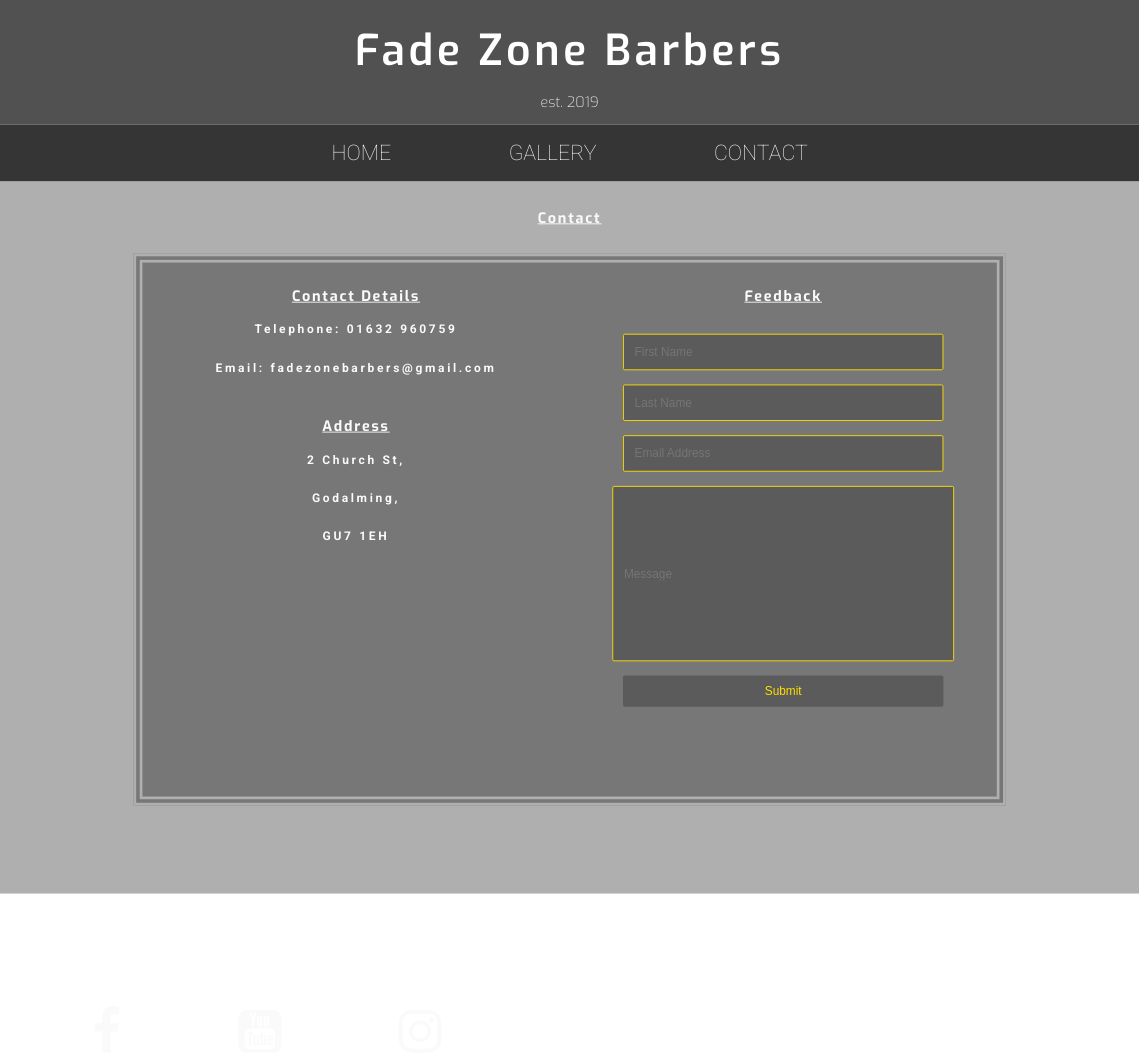
Repository: Boofy360/fade-zone-barbers
Page: contact.html
The author's editor kept a record of every edit. The page is drawn from the files as they stood at one moment, then again after the next edit.
The browser window is 1280 px wide. The pictures show the whole page, at 89% of full size.
The pointer rests on the first visible `input[type=submit]`.

Above is the page before.

### contact.html
<!DOCTYPE html>
<html lang="en">

<head>
    <meta charset="UTF-8">
    <meta name="viewport" content="width=device-width, initial-scale=1.0">
    <meta http-equiv="X-UA-Compatible" content="ie=edge">
    <link rel="stylesheet" href="assets/css/style.css" type="text/css" />
    <link rel="stylesheet" href="https://maxcdn.bootstrapcdn.com/font-awesome/4.7.0/css/font-awesome.min.css" type="text/css" />
    <link rel="stylesheet" href="https://cdnjs.cloudflare.com/ajax/libs/hover.css/2.3.1/css/hover-min.css" type="text/css" />
    <title>Document</title>
</head>

<body>
    <header>
        <div id="heading">
            <h1>Fade Zone Barbers</h1>
            <h2>est. 2019</h2>
            <!----------Figure out how to center---------->
        </div>
    </header>
    <nav>
        <ul id="navbar">
            <li>
                <a href="index.html">Home</a>
            </li>
            <li>
                <a href="gallery.html">Gallery</a>
            </li>
            <li>
                <a href="contact.html">Contact</a>
            </li>
        </ul>
    </nav>
    <section id="contact">
        <h2>Contact</h2>
        <div id="contact-overlay">
            <div id="left-contact">
                <h2>Contact Details</h2>
                <p>Telephone: 01632 960759</p>
                <p>Email: fadezonebarbers@gmail.com</p>
                <h2>Address</h2>
                <p>2 Church St,</p>
                <p>Godalming,</p>
                <p>GU7 1EH</p>
            </div>
            <div id="right-contact">
                <h2>Feedback</h2>
                <form action="" target="_self" method="post">
                    <input type="text" name="firstname" placeholder="First Name"/>
                    <input type="text" name="lastname" placeholder="Last Name"/>
                    <input type="text" name="email" placeholder="Email Address"/>
                    <input type="text" name="message" placeholder="Message"/>
                    <input type="submit" value="Submit"/>
                </form>
            </div>
        </div>
    </section>
    <footer>
        <h1>Social Media</h1>
        <ul id="social-networks">
            <li><a href="https://www.facebook.com" target="_blank"><i class="fa fa-facebook"></i></a></li>
            <li><a href="https://www.twitter.com" target="_blank"><i class="fa fa-youtube-square"></i></a></li>
            <li><a href="https://www.instagram.com" target="_blank"><i class="fa fa-instagram"></i></a></li>
        </ul>
    </footer>
</body>

</html>

### assets/css/style.css
@import url('https://fonts.googleapis.com/css?family=Roboto:100,200,300,400,500,600,700|Exo:100,200,300,400,500,600,700');

/*--------------------------------------------Special paddings/margins/text*/

body {
    margin: 0;
    padding: 0;
    border: 0;
}

a:link {
    text-decoration: none!important;
}

/*--------------------------------------------Header*/

header {
    background-color: rgba(8, 8, 8, 0.7);
    font-family: "Exo", sans-serif;
    line-height: 50px;
    text-align: center;
}

#heading h1 {
    font-size: 300%;
    letter-spacing: 4px;
    color: #fff;
    font-weight: 600;
    margin: 0;
    padding: 32px 0 8px;
}

#heading h2 {
    font-size: 100%;
    color: #fafafa;
    font-weight: 200;
    margin: 0;
}

/*--------------------------------------------Navbar*/

#navbar {
    background-color: rgba(32, 32, 32, 0.9);
    list-style-type: none;
    margin: auto;
    padding: 0;
    float: none;
    text-align: center
}

#navbar li {
    display: inline-block;
}

#navbar li a {
    font-family: "Roboto", sans-serif;
    color: #fafafa;
    font-size: 150%;
    font-weight: 100;
    text-transform: uppercase;
    padding: 0 64px;
    text-decoration: none;
    display: inline;
    line-height: 64px;
    transition: all 0.35s ease-in-out;
    -moz-transition: all 0.35s ease-in-out;
    -webkit-transition: all 0.35s ease-in-out;
    -o-transition: all 0.35s ease-in-out;
}

#navbar li a:hover {
    color: #ffdf00;
}


/*--------------------------------------------About Us*/

#hero-image {
    background-image: linear-gradient(rgba(0, 0, 0, 0.2), rgba(0, 0, 0, 0.2)), url("../images/tools-background.jpg");
    height: 100%;
    background-position: center;
    background-repeat: no-repeat;
    background-size: cover;
}


#hero-outer {
    height: 600px;
    width: 100%;
    overflow: hidden;
    position: relative;
    text-align: center
}

#cover-text h2 {
    letter-spacing: 2px;
    font-family: "Exo", sans-serif;
    text-decoration: underline;


}

#cover-text {
    background-color: rgba(32, 32, 32, 0.5);
    font-family: "Roboto", sans-serif;
    font-size: 1.5vh;
    text-align: center;
    color: #fafafa;
    line-height: 100%;
    width: 60%;
    height: 60%;
    border-radius: 5%;
    padding: 20px 20px;
    bottom: 20%;
    left: 10%;
    position: absolute;
    margin: 0 auto;
}

/*--------------------------------------------Prices*/

#prices {
    background-color: #afafaf;
    font-family: "Roboto", sans-serif;
    font-size: 1.5vh;
    text-align: center;
    color: #fafafa;
    width: 100%;
    height: 600px;
    position: relative;
}

#prices h2 {
    text-align: center;
    letter-spacing: 2px;
    font-family: "Exo", sans-serif;
    text-decoration: underline;
    padding: 30px 0;
    margin: 0;
}


#prices-list {
    background-color: rgba(64, 64, 64, 0.5);
    width: 80%;
    height: 65%;
    line-height: 150%;
    display: inline-block;
    border: 10px double #afafaf;
}

#left-content {
    float: left;
    width: 50%;
}

#right-content {
    float: right;
    width: 50%;
}

#left-content p,
#right-content p {
    font-size: 1.25em;
    letter-spacing: 3px;
    font-weight: 700;
    padding: 0.5em;

}

/*--------------------------------------------Gallery*/

#gallery {
    background-color: #afafaf;
    clear:both;
    height: 100%;
    line-height: 0;
    column-count: 5;
    column-gap: 0;
}

#gallery img {
    width: 100%;
}

/*--------------------------------------------Contact*/

#contact {
    background-color: #afafaf;
    width: 100%;
    height: 800px;
    position: relative;
    text-align:center;
    font-size: 1.5vh;
    font-family: "Roboto", sans-serif;
    color: #fafafa;
}

#contact h2 {
    text-align: center;
    letter-spacing: 2px;
    font-family: "Exo", sans-serif;
    text-decoration: underline;
    padding: 30px 0;
    margin: 0;
}

#contact-overlay {
    background-color: rgba(64, 64, 64, 0.5);
    width: 75%;
    height: 75%;
    line-height: 150%;
    display: inline-block;
    border: 10px double #afafaf;
}

#left-contact {
    float: left;
    width: 50%;
}

#left-contact h2 {
    padding-bottom: 0px
}

#right-contact {
    float: right;
    width: 50%;
}

#left-contact p {
    font-size: 1.25em;
    letter-spacing: 3px;
    font-weight: 700;
    padding: 0.5em;
}

input {
    background-color: rgba(64, 64, 64, 0.5);
    color: #fafafa;
    width: 75%;
    padding: 12px;
    margin-top: 4px;
    margin-bottom: 12px;
    box-sizing: border-box;
    border-radius: 2px;
    border: 1px solid #ffdf00;
    cursor: text;
}
input[name=message] {
    width: 80%;
    padding: 90px 12px;
}

input[type=submit] {
    padding: 10px 16px;
    border: none;
    border-radius: 2px;
    cursor: pointer;
    transition: all 0.35s ease-in-out;
    -moz-transition: all 0.35s ease-in-out;
    -webkit-transition: all 0.35s ease-in-out;
    -o-transition: all 0.35s ease-in-out;
}

input[type=submit]:hover {
    color: #ffdf00;
}



}

/*--------------------------------------------Footer*/

footer {
    background-color: rgba(8, 8, 8, 0.7);
    line-height: 50px;
    text-align: center;
}

footer h1 {
    font-family: "Exo", sans-serif;
    font-size: 300%;
    letter-spacing: 4px;
    color: #fff;
    font-weight: 600;
    margin: 0;
    padding: 30px 0;
}

#social-networks {
    margin: 0;
}

#social-networks li {
    display: inline;

}

#social-networks li a {
    color: #fafafa;
    font-size: 3.5em;
    padding: 0 64px;
    line-height: 64px;
    transition: all 0.35s ease-in-out;
    -moz-transition: all 0.35s ease-in-out;
    -webkit-transition: all 0.35s ease-in-out;
    -o-transition: all 0.35s ease-in-out;
}

#social-networks li a:hover {
    color: #ffdf00;
}

After the next edit:
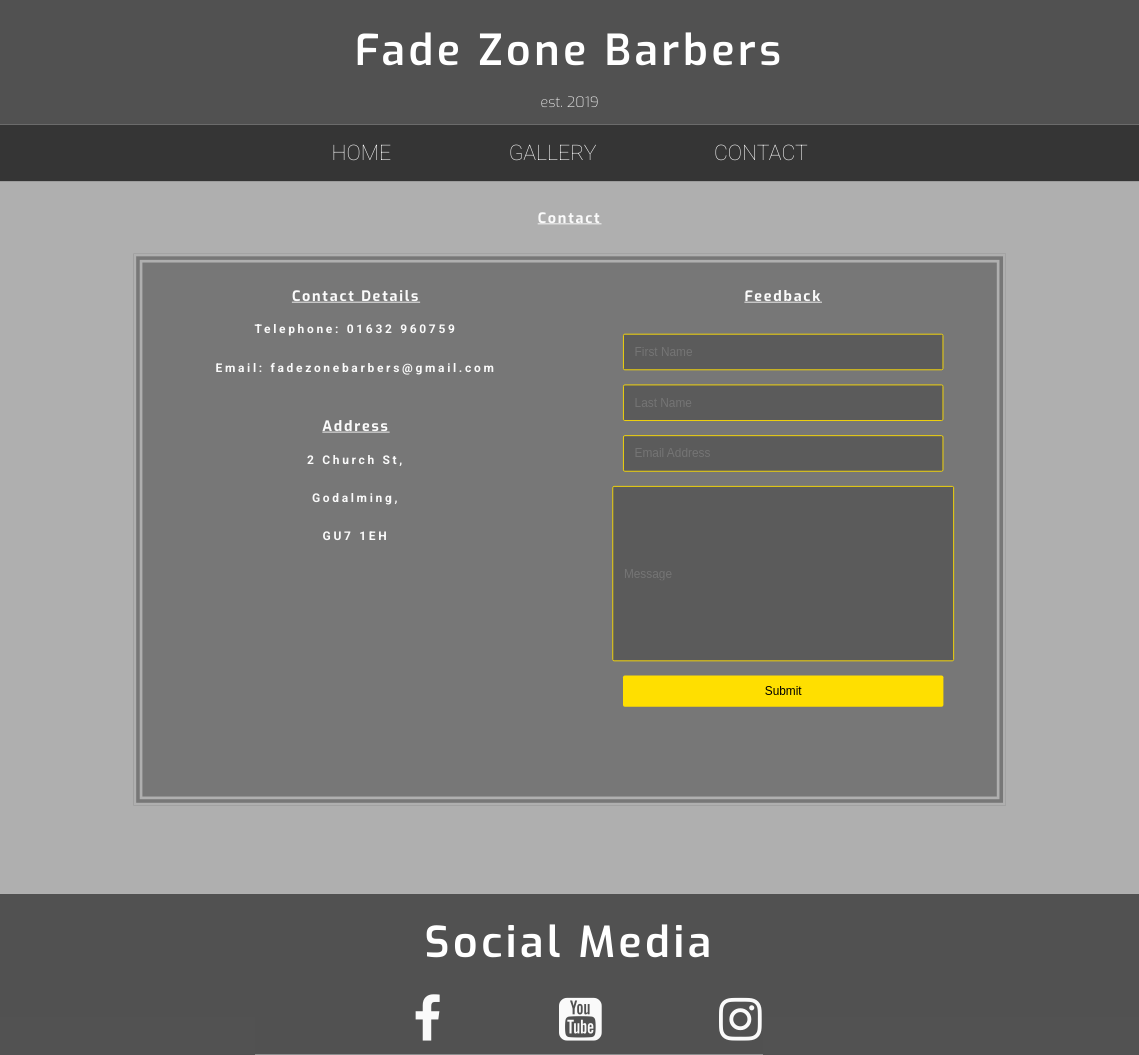
The edit:
--- a/assets/css/style.css
+++ b/assets/css/style.css
@@ -264,12 +264,11 @@
 }
 
 input[type=submit]:hover {
-    color: #ffdf00;
-}
-
-
-
-}
+    background-color: #ffdf00;
+    color: black;
+}
+
+
 
 /*--------------------------------------------Footer*/
 
